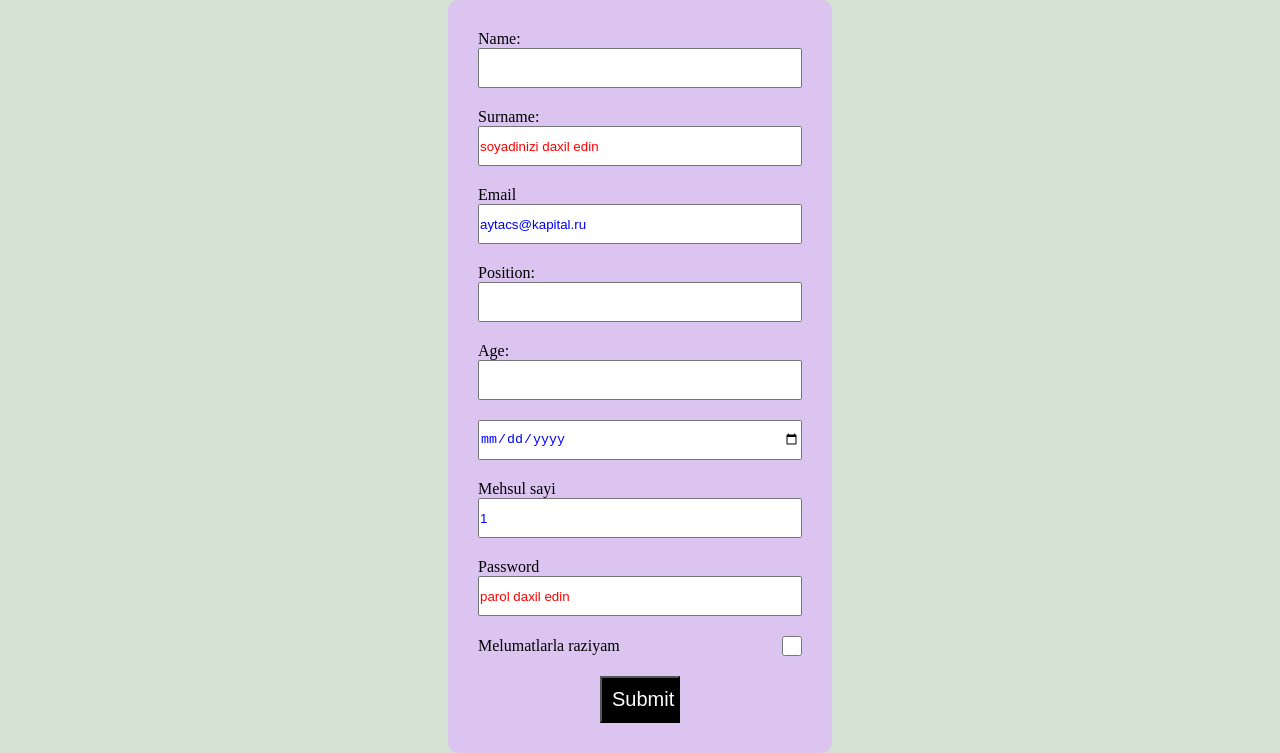
Repository: AytacSafarova/Form-lesson
Page: index.html
An editor plug-in stored every save of this project. The page is shown before and after a run of saves, followed by the edit.
The browser window is 1280 px wide. The pictures show the whole page.

Above is the page before, as saved 2023-08-29 14:49:04.

After the next 3 saves:
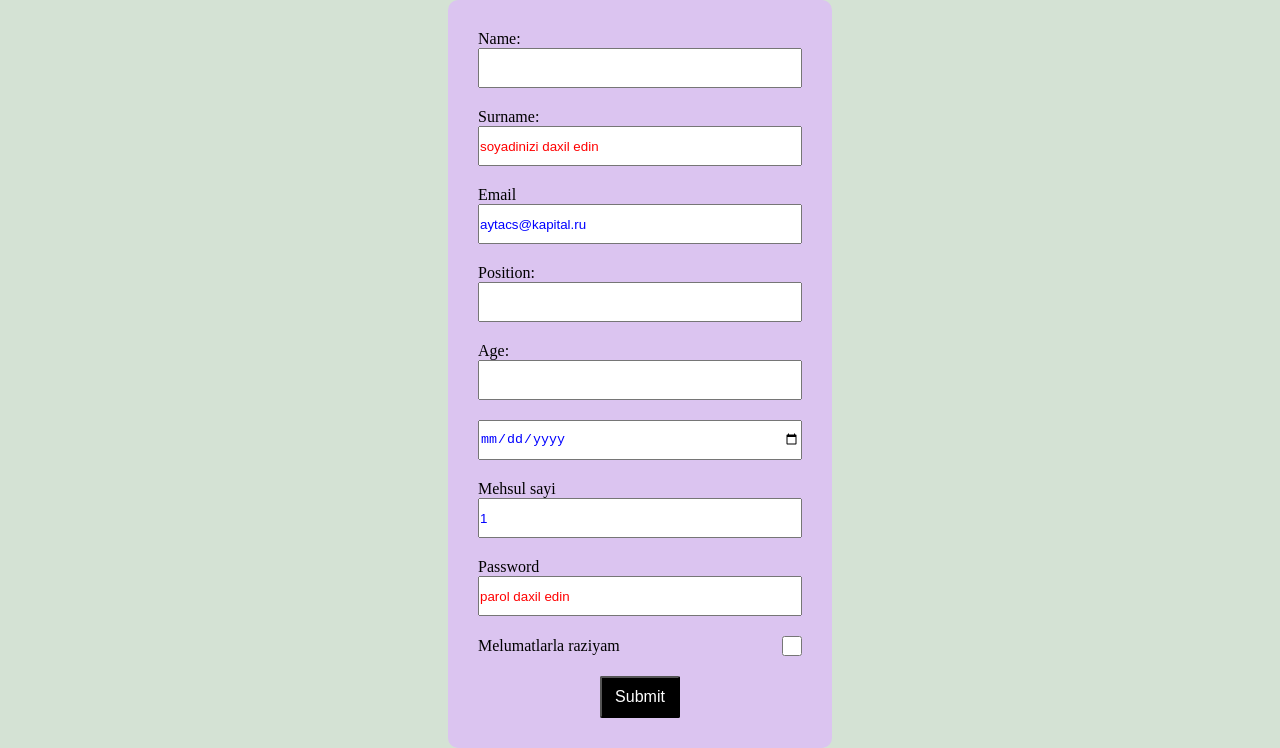
The 3 saves are shown as one change because they came seconds apart.
The last was saved 14 s later.
--- a/index.css
+++ b/index.css
@@ -45,6 +45,7 @@ button{
   margin: auto;
   background-color: black;
   color: white;
-  font-size: 20px;
+  font-size: 16px;
+  border-radius: 2px;
 
 }
